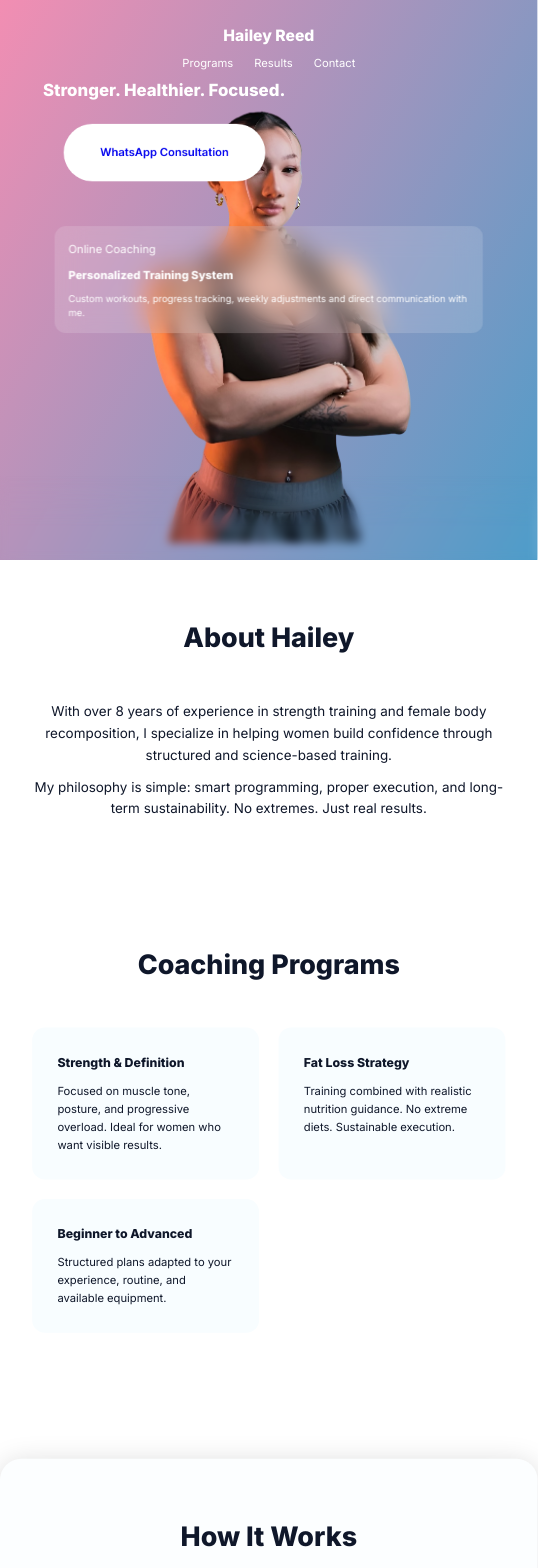
Repository: davidfsillva/Hailey-Reed-Coaching
Page: index.html
An editor plug-in stored every save of this project. The page is shown before and after the next save, followed by the edit.
The browser window is 768 px wide. The pictures show the part of the page from y = 0 to 2240 px (the page is 5224 px tall before and 5208 px after), at 70% of full size.

Above is the page before, as saved 2026-02-13 12:41:18.

After the next save:
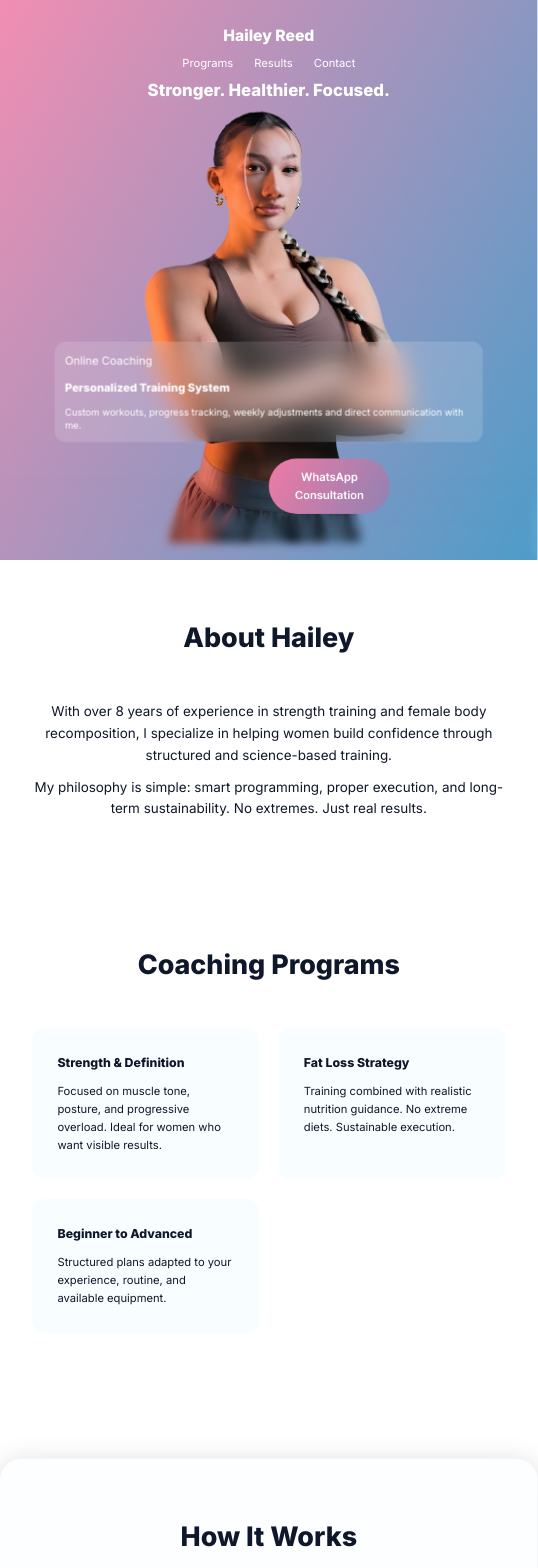
Saved 15 s later.
--- a/style.css
+++ b/style.css
@@ -57,14 +57,9 @@ body {
 .hero-content {
   position: relative;
   z-index: 5;
-  display: flex;
-  flex-direction: column;
-  align-items: flex-start;
-  justify-content: center;
-  gap: 24px;
-}
-
-/* HERO TEXT */
+}
+
+/* TEXTO */
 .hero-text {
   display: flex;
   flex-direction: column;
@@ -101,6 +96,13 @@ body {
 }
 
 /* ================= BOTÕES ================= */
+.cta-group {
+  display: flex;
+  gap: 16px;
+  margin-top: 32px;
+  flex-wrap: wrap;
+}
+
 .btn {
   padding: 14px 26px;
   border-radius: 999px;
@@ -109,35 +111,55 @@ body {
   display: inline-block;
   transition: all 0.35s cubic-bezier(0.22, 1, 0.36, 1);
   will-change: transform;
-  text-align: center;
-}
-
-/* HERO BUTTON - white by default */
-.hero-whatsapp {
-  background: var(--light);
+}
+
+.whatsapp-btn {
+  background: linear-gradient(120deg, var(--pink), var(--blue)) ;
+  color: var(--light) !important;
+}
+
+.whatsapp-btn:hover {
+  background: linear-gradient(120deg, var(--pink), var(--blue)) !important;
   color: var(--dark);
-}
-
-.hero-whatsapp:hover {
+  box-shadow: 0 10px 25px rgba(0, 0, 0, 0.884);
+  transform: translateY(-4px) !important;
+  background-size: 200% 200%;
+
+}
+
+.btn.primary {
   background: linear-gradient(120deg, var(--pink), var(--blue));
   color: var(--light);
-  transform: translateY(-4px);
+  background-size: 200% 200%;
+}
+
+.btn.primary:hover {
+  background: linear-gradient(120deg, var(--pink), var(--blue));
+  color: white;
+  background-position: right center;
+  transform: translateY(-4px) !important;
   box-shadow: 0 10px 25px rgba(240,122,165,0.3);
-}
-
-/* FINAL CTA BUTTON - gradient by default */
-.final-apply {
+  transition: all 0.4s ease;
+
+
+}
+
+.btn.secondary {
   background: linear-gradient(120deg, var(--pink), var(--blue));
   color: var(--light);
-}
-
-
-.final-apply:hover {
-  background: var(--light);
-  color: var(--dark);
-  transform: translateY(-4px);
-  box-shadow: 0 10px 25px rgba(0,0,0,0.3);
-}
+  background-size: 200% 200%;
+
+}
+
+.btn.secondary:hover {
+  background: linear-gradient(120deg, var(--pink), var(--blue));  color: white;
+  box-shadow: 0 10px 25px rgba(240,122,165,0.3);
+  transform: translateY(-4px) !important;
+
+
+
+}
+
 
 /* ================= HERO CARD ================= */
 .hero-card {
@@ -152,6 +174,8 @@ body {
   z-index: 4;
 }
 
+
+
 .hero-card h3 {
   margin: 12px 0;
 }
@@ -239,6 +263,7 @@ body {
   box-shadow: 0 5px 40px rgba(0,0,0,0.15);
 }
 
+
 .dark .card {
   background: rgba(255,255,255,0.06);
   color: var(--dark);
@@ -327,8 +352,8 @@ body {
   .hero-card {
     width: 95%;
     max-width: 660px;
-    margin: 40px auto 0;
-    padding: 20px;
+    margin: 275px auto 0;
+    padding: 15px;
     border-radius: 16px;
   }
 
@@ -375,17 +400,45 @@ body {
     padding: 80px 6%;
   }
 
-  /* Hero button centered */
-  .hero-whatsapp,
-  .final-apply {
-    position: relative; /* remove absolute do WhatsApp */
-    margin: 16px auto 0; /* centraliza sem aumentar largura */
+  /* Apenas o botão do HERO */
+  .hero-cta {
+    position: relative;
     transform: none;
-  }
-
-  .btn {
-    text-align: center;
-  }
+    z-index: 6;
+    justify-content: center;
+  }
+
+  .hero-content {
+    display: flex;
+    flex-direction: column;
+    align-items: center; /* centraliza horizontalmente */
+    justify-content: center; /* centraliza verticalmente */
+    gap: 24px; /* espaço entre título, botão e card */
+    z-index: 5;
+    position: relative;
+  }
+
+
+  /* Botões de contato / final */
+  .cta-group {
+    position: relative;
+    transform: none;
+    z-index: 1;
+    display: flex;
+    justify-content: center;
+  }
+
+  .btn.primary {
+    transform: none;
+  }
+
+  .whatsapp-btn {
+    margin-top: 480px;
+    position: absolute;       /* permite mover livremente */
+    transform: translateX(-50%); /* centraliza exatamente */
+    z-index: 6;               /* acima de imagens e cards */
+  }
+}
 
 @media (max-width: 480px) {
 
